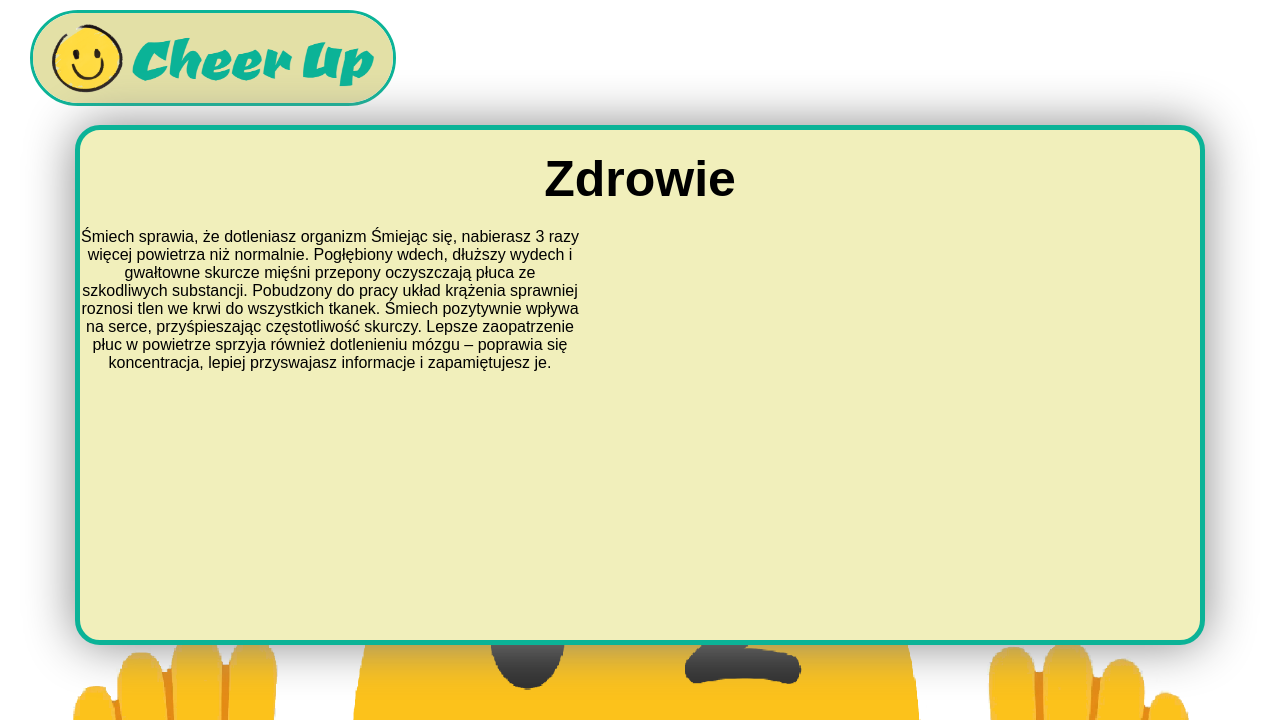
Repository: addstaw/moja-strona
Page: zdrowie.html
An editor plug-in stored every save of this project. The page is shown before and after the next save, followed by the edit.
The browser window is 1280 px wide. The pictures show the whole page.
Some web fonts or font styles are not loaded; a fallback is used.

Above is the page before, as saved 2020-05-22 14:09:02.

After the next save:
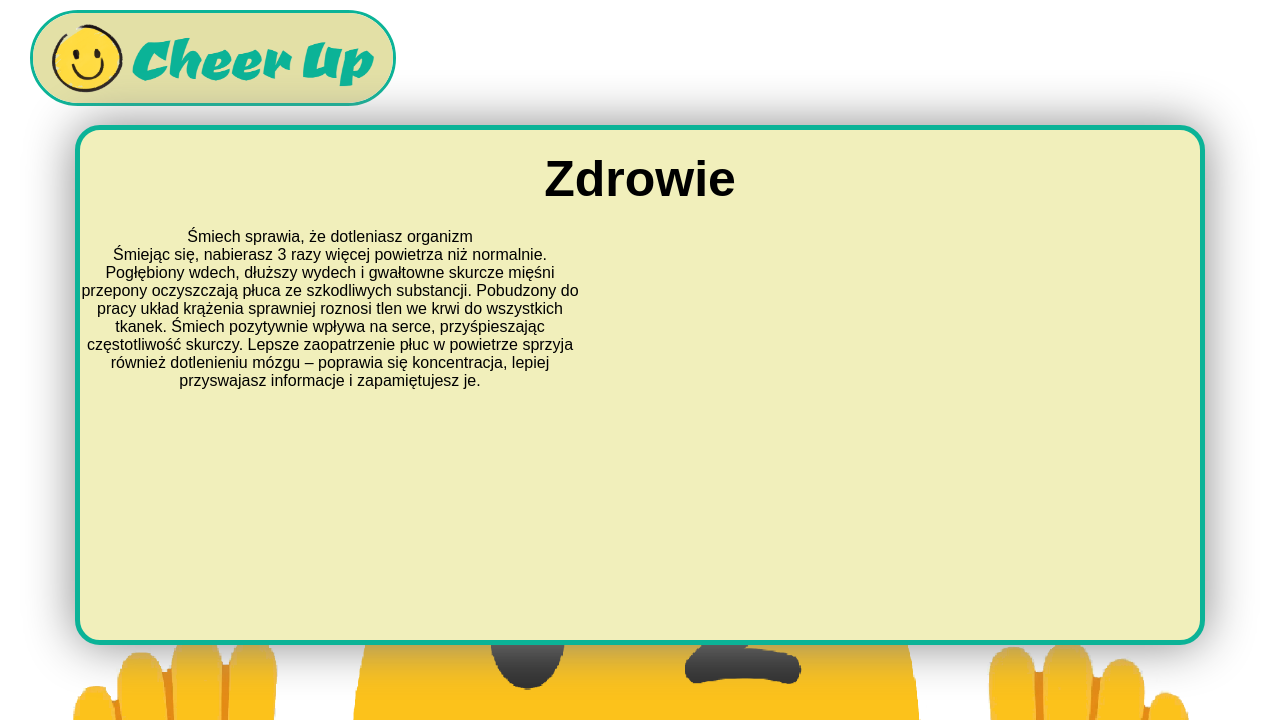
Saved 17 s later.
--- a/zdrowie.html
+++ b/zdrowie.html
@@ -28,7 +28,7 @@
             </section>
             <div id="content">
                 <h1>Zdrowie</h1>
-                <p> <span>Śmiech sprawia, że dotleniasz organizm</span>
+                <p> <span>Śmiech sprawia, że dotleniasz organizm</span><br/>
                     Śmiejąc się, nabierasz 3 razy więcej powietrza niż normalnie. Pogłębiony wdech, dłuższy wydech i gwałtowne skurcze mięśni przepony oczyszczają płuca ze szkodliwych substancji. Pobudzony do pracy układ krążenia sprawniej roznosi tlen we krwi do wszystkich tkanek. Śmiech pozytywnie wpływa na serce, przyśpieszając częstotliwość skurczy. Lepsze zaopatrzenie płuc w powietrze sprzyja również dotlenieniu mózgu – poprawia się koncentracja, lepiej przyswajasz informacje i zapamiętujesz je.</p>
             </div>
         </div>
